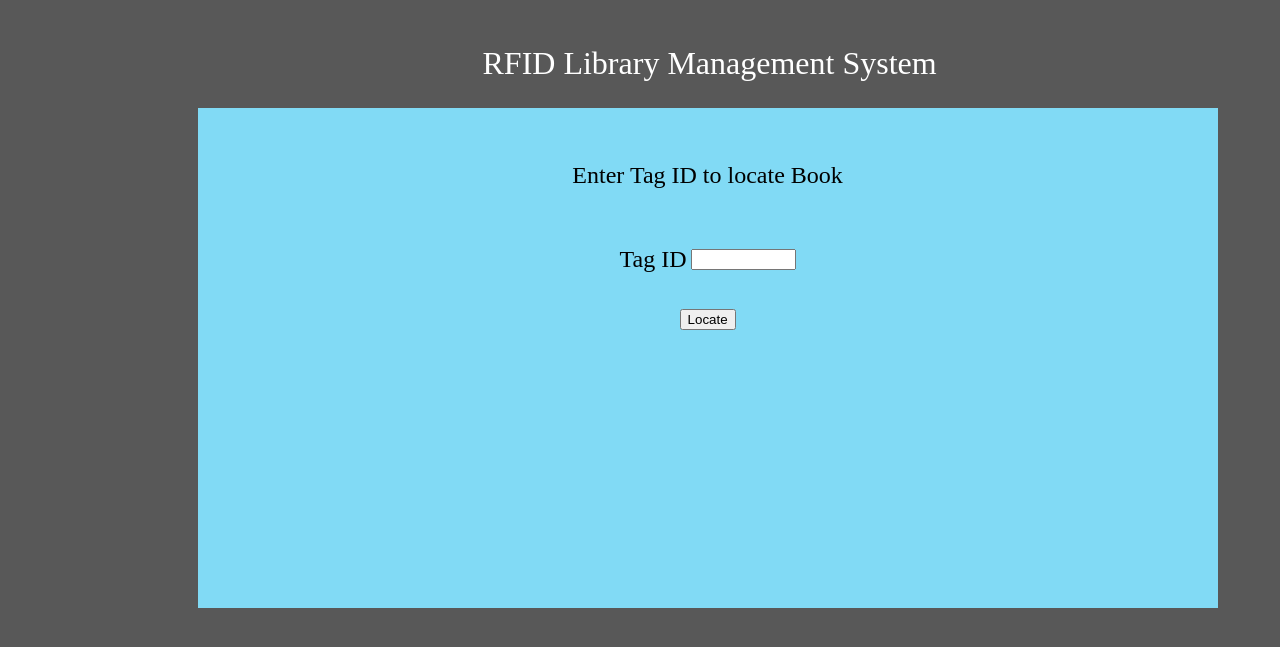
Repository: vigineshs/A-Smart-Data-Analyzer-for-Library-Management-System
Page: http://localhost/librarymgmt/locate.jsp
These files come from the project's save history. The page is drawn as it stood at one moment and after the next save; the edit follows.
The browser window is 1280 px wide. The pictures show the whole page.
The page is served by Tomcat 9. Other server files are loaded and not shown.

Above is the page before, as saved 2013-02-10 12:15:33.

### PassiveRFID/CS203-Version 1.0.6/Demo Applications/Dot Net C#/Demo Applications Source Code/RFID/librarymgmt/WebContent/locate.jsp
<%@ page language="java" contentType="text/html; charset=ISO-8859-1"
    pageEncoding="ISO-8859-1"%>
<!DOCTYPE html PUBLIC "-//W3C//DTD HTML 4.01 Transitional//EN" "http://www.w3.org/TR/html4/loose.dtd">
<html>
<head>
<title>RFID | Library Management System</title>
<link rel="stylesheet" type="text/css" href="css/page.css ">
<script>
function validateForm()
{
var x=document.forms["f1"]["btag"].value;
if (x==null || x=="")
  {
  alert("TagID must be filled");
  return false;
  }}
  </script>
</head>
<body>
<div class="center">
<div id="container">
<div id="header"><br/>
RFID Library Management System
</div>
<div id="content">
<br/><br/><center>
Enter Tag ID to locate Book</center>

	<form method=GET action="http://localhost:8080/librarymgmt/location.jsp" onsubmit="return validateForm()" name=f1  ><br/><br/>
	<center>
<table>
<tr><td>Tag ID</td><td><input type=text size=10 name="tag" /></td></tr>
<tr><td></td><td></td></tr><tr><td></td><td></td></tr><tr><td></td><td></td></tr><tr><td></td><td></td></tr><tr><td></td><td></td></tr>
<tr><td></td><td></td></tr><tr><td></td><td></td></tr><tr><td></td><td></td></tr>
<tr  ><td colspan="2"><center><input type=submit value=Locate /></center></td></tr>
</table></center>
</form>

</div>

</body>
</html>

### PassiveRFID/CS203-Version 1.0.6/Demo Applications/Dot Net C#/Demo Applications Source Code/RFID/librarymgmt/WebContent/css/page.css
#container
{


width:1024px;
height:500px;
margin:0px;

}

a{
text-decoration:none;
font-color:blue;
font-size:32px;
}

a:hover{
font-color:red;
}

.center
{
margin-left:auto;
margin-right:auto;
width:70%;
}

body
{
background-color:#585858;
}

#header
{
background-color:#585858;
font-family:Monotype Corsiva;
font-size:32px;
color:white;
height:100px;
text-align:center;
float:center;
}

#content
{
background-color:#81DAF5;
width:1020px;
height:500px;
margin-left:0px;
overflow:hidden;
font-size:24px;
float:center;
}

#lcon
{
width:300px;
height:100%
overflow:hidden;
}

#rcon
{
width:700px;
height:100%
overflow:hidden;
margin-left:300px;
}

After the next save:
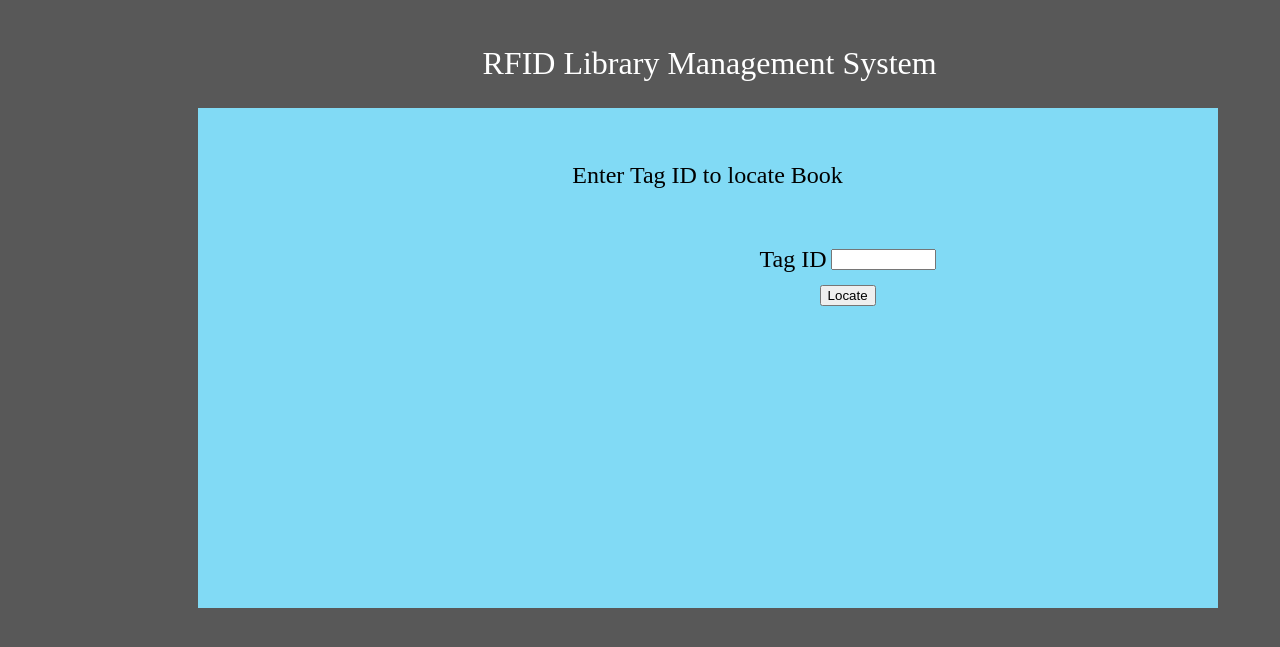
Saved 91 s later.
--- a/PassiveRFID/CS203-Version 1.0.6/Demo Applications/Dot Net C#/Demo Applications Source Code/RFID/librarymgmt/WebContent/locate.jsp
+++ b/PassiveRFID/CS203-Version 1.0.6/Demo Applications/Dot Net C#/Demo Applications Source Code/RFID/librarymgmt/WebContent/locate.jsp
@@ -25,18 +25,21 @@ RFID Library Management System
 <div id="content">
 <br/><br/><center>
 Enter Tag ID to locate Book</center>
+	<div id="lcon">
 
+	</div>
+	<div id="rcon">
 	<form method=GET action="http://localhost:8080/librarymgmt/location.jsp" onsubmit="return validateForm()" name=f1  ><br/><br/>
 	<center>
 <table>
 <tr><td>Tag ID</td><td><input type=text size=10 name="tag" /></td></tr>
-<tr><td></td><td></td></tr><tr><td></td><td></td></tr><tr><td></td><td></td></tr><tr><td></td><td></td></tr><tr><td></td><td></td></tr>
-<tr><td></td><td></td></tr><tr><td></td><td></td></tr><tr><td></td><td></td></tr>
+<tr><td></td><td></td></tr><tr><td></td><td></td></tr>
 <tr  ><td colspan="2"><center><input type=submit value=Locate /></center></td></tr>
 </table></center>
 </form>
-
+	</div>
 </div>
-
+</div>
+</div>
 </body>
 </html>
